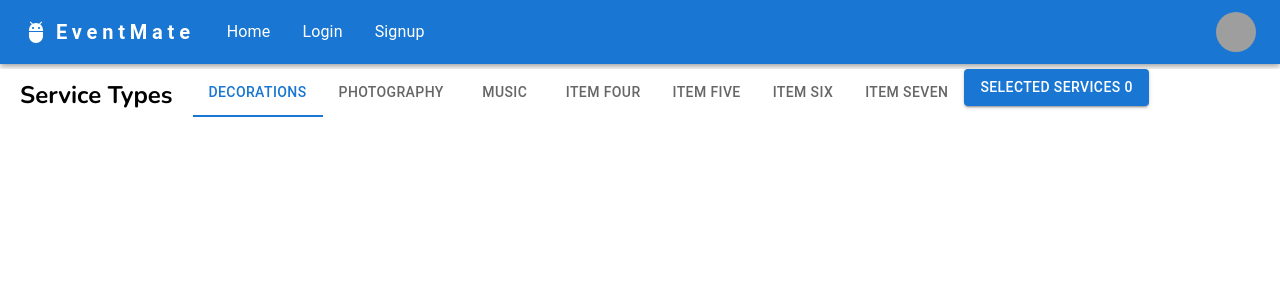
Repository: Farida-Yeasmin-Mim/EventMate_Frontend
Page: /filterpage
The author's editor kept a copy of each file at every save. The page is drawn from the files as they stood at one save, then again after the next save.
The browser window is 1280 px wide. The pictures show the whole page.
Pictures or frames that could not be fetched are drawn as grey boxes. The page's requests for data from a server got no answer. The project was rebuilt for these pictures with package versions that can differ from the ones it lists, and the page was loaded fresh each time. No one was signed in, and anything a server would have sent is missing. Also part of the build but not shown: src/components/PostRequest.js, src/pages/auth/Login.js, src/components/seletionTextField/selectGender.js, src/pages/auth/Signup.js, src/components/vendor/RegVendor.js, src/components/offer.js, src/components/productcategories.js, src/components/icontabs.js and 15 more.

Above is the page before, as saved 2022-08-16 18:01:29.

### public/index.html
<!DOCTYPE html>
<html lang="en">
  <head>
    <meta charset="utf-8" />
    <link rel="icon" href="%PUBLIC_URL%/favicon.ico" />
    <meta name="viewport" content="width=device-width, initial-scale=1" />
    <meta name="theme-color" content="#000000" />
    <meta
      name="description"
      content="Web site created using create-react-app"
    />
    <link rel="apple-touch-icon" href="%PUBLIC_URL%/logo192.png" />

    <link href="https://fonts.googleapis.com/css2?family=Nunito:ital,wght@0,200;0,300;0,400;0,500;0,600;0,700;0,800;0,900;1,200;1,300;1,400;1,500;1,600;1,700;1,900&family=Raleway:ital,wght@0,100;0,200;0,300;0,400;0,500;0,600;0,700;0,800;0,900;1,100;1,200;1,300;1,400;1,500;1,600;1,700;1,800;1,900&display=swap"
    rel="stylesheet">

    <style>
      * {
        font-family: 'Nunito', sans-serif;
        margin: 0;
      }
    </style>

    <link rel="manifest" href="%PUBLIC_URL%/manifest.json" />

    <title>EventMate</title>
  </head>
  <body>
    <noscript>You need to enable JavaScript to run this app.</noscript>
    <div id="root"></div>

  </body>
</html>

### src/index.js
import React from 'react';
import ReactDOM from 'react-dom/client';
import './index.css';
import App from './App';
import reportWebVitals from './reportWebVitals';
import axios from 'axios';
import Context from './components/context/Context';

axios.defaults.baseURL = 'http://127.0.0.1:8000/api/'
// axios.defaults.baseURL = 'https://guarded-beach-16980.herokuapp.com/api/'
axios.defaults.headers.common['Authorization'] = 'Bearer ' + localStorage.getItem('token')

const root = ReactDOM.createRoot(document.getElementById('root'));
root.render(
  <React.StrictMode>
    <Context>
      <App />
    </Context>
  {/* <App/> */}
  </React.StrictMode>

);

// If you want to start measuring performance in your app, pass a function
// to log results (for example: reportWebVitals(console.log))
// or send to an analytics endpoint. Learn more: https://bit.ly/CRA-vitals
reportWebVitals();

### src/App.js
//import logo from './logo.svg';
import './App.css';
import Login from './pages/auth/Login';
import Signup from './pages/auth/Signup';
import Registration from './components/vendor/RegVendor';
import Offer from './components/Offer';
import ProductCategories from './components/productcategories';
import IconTabs from './components/icontabs';
//import DecorationCard from './components/cards/decoration';
import Services from './components/services';
import AddDecorationsForm from './pages/services/addDecorationsForm';
//import Home from './pages/Home';
import Navbar from './components/Navbar';
import Feed from './components/feed/Feed';
import Dashboard from './components/vendor/Dashboard';
import CreateEvent from './components/event/CreateEvent';
import OrderDetails from './components/event/OrderDetails';
import AppRouter from './components/AppRouter';
import FilterPage from './components/event/filter/FilterPage';
import Notification from './components/Notification';
import SearchBar from './components/event/filter/SearchBar';




function App() {
  return (
    <div className="App">
      {/*



      <Services></Services>
      <Offer></Offer>

      <Login></Login>
      <Signup></Signup>
      <Registration></Registration>
      <AddDecorationsForm></AddDecorationsForm> */}



    {/* <DecorationCard></DecorationCard>  */}
    {/* <ProductCategories></ProductCategories> */}
    {/* <Navbar/>   */}
    {/* <Home/> */}
    {/* <Feed/> */}
    {/* <Dashboard/> */}
    {/* <CreateEvent/> */}
    {/* <OrderDetails/> */}
    {/* <Home/> */}
    {/* <SearchBar/> */}

      {/* <AppRouter /> */}
      {/* */}
      {/* <IconTabs/> */}

      <Notification/>
      <AppRouter/>
      {/* <Home/>  */}
     {/* <FilterPage/> */}

    </div>
  );
}

export default App;

### src/components/context/Context.js
import React, { createContext, useContext, useReducer  } from 'react';
import { faker } from '@faker-js/faker';
import { cartReducer } from './Reducers';
import { dataList } from '../event/filter/constants';

const Cart = createContext();

function Context({children}) {
    // const products = [...Array(20)].map(() => ({
    //     id: faker.datatype.uuid(),
    //     name: faker.commerce.productName(),
    //     price: faker.commerce.price(),
    //     image: faker.image.fashion(),
    //     inStock: faker.helpers.arrayElement([0, 3, 5, 6, 7]),
    //     fastDelivery: faker.datatype.boolean(),
    //     ratings: faker.helpers.arrayElement([1, 2, 3, 4, 5]),
    //   }));
    const products = [...dataList];

      // console.log(products);
      const [state, dispatch] = useReducer(cartReducer, {
        products: products,
        cart: [],
      });


      return (
        <Cart.Provider value={{ state, dispatch }}>
          {children}
        </Cart.Provider>
      );
};

export const CartState = () => {
  return useContext(Cart);
};

export default Context;

### src/App.css
@import url('https://fonts.googleapis.com/css2?family=Raleway:ital,wght@0,100;0,200;0,300;0,400;0,500;0,600;0,700;0,800;0,900;1,100;1,200;1,300;1,400;1,500;1,600;1,700;1,800;1,900&display=swap');


*,
*::after,
*::before{
  margin: 0;
}

body{
  font-family: 'Raleway', sans-serif;
}

input{
  font-family: 'Raleway', sans-serif;
}

/* Chrome Safari and Opera */
/* scrollbar handle */
::-webkit-scrollbar{
  display: none;
}

body{
  -ms-overflow-style: none;   /*work on internet explorer and Edge*/
  scrollbar-width: none;      /*work on Firefox*/
}


.App-logo {
  height: 40vmin;
  pointer-events: none;
}

@media (prefers-reduced-motion: no-preference) {
  .App-logo {
    animation: App-logo-spin infinite 20s linear;
  }
}

.App-header {
  background-color: #282c34;
  min-height: 100vh;
  display: flex;
  flex-direction: column;
  align-items: center;
  justify-content: center;
  font-size: calc(10px + 2vmin);
  color: white;
}

.App-link {
  color: #61dafb;
}

@keyframes App-logo-spin {
  from {
    transform: rotate(0deg);
  }
  to {
    transform: rotate(360deg);
  }
}

### src/components/Navbar.js
import * as React from 'react';
import AppBar from '@mui/material/AppBar';
import Box from '@mui/material/Box';
import Toolbar from '@mui/material/Toolbar';
import IconButton from '@mui/material/IconButton';
import Typography from '@mui/material/Typography';
import Menu from '@mui/material/Menu';
import MenuIcon from '@mui/icons-material/Menu';
import Container from '@mui/material/Container';
import Avatar from '@mui/material/Avatar';
import Button from '@mui/material/Button';
import Tooltip from '@mui/material/Tooltip';
import MenuItem from '@mui/material/MenuItem';
import AdbIcon from '@mui/icons-material/Adb';
import { Link } from "react-router-dom";


// const pages = ['Home', 'About', 'Services', 'Contact Us', 'LogIn', 'SignUp'];
const settings = ['Profile', 'Account', 'Dashboard', 'Logout'];

const Navbar = () => {
  const [anchorElNav, setAnchorElNav] = React.useState(null);
  const [anchorElUser, setAnchorElUser] = React.useState(null);

  const handleOpenNavMenu = (event) => {
    setAnchorElNav(event.currentTarget);
  };
  const handleOpenUserMenu = (event) => {
    setAnchorElUser(event.currentTarget);
  };

  const handleCloseNavMenu = () => {
    setAnchorElNav(null);
  };

  const handleCloseUserMenu = () => {
    setAnchorElUser(null);
  };

  return (
    <AppBar position="static">
      <Container maxWidth="xl">
        <Toolbar disableGutters>
          <AdbIcon sx={{ display: { xs: 'none', md: 'flex' }, mr: 1 }} />


          {/* For Left side EventMate design */}
          <Typography
            variant="h6"
            noWrap
            component="a"
            href="/"
            sx={{
              mr: 2,
              display: { xs: 'none', md: 'flex' },
              fontWeight: 700,
              letterSpacing: '.3rem',
              color: 'inherit',
              textDecoration: 'none',
            }}
          >
            EventMate
          </Typography>

          <Box sx={{ flexGrow: 1, display: { xs: 'flex', md: 'none' } }}>
            <IconButton
              size="large"
              aria-label="account of current user"
              aria-controls="menu-appbar"
              aria-haspopup="true"
              onClick={handleOpenNavMenu}
              color='inherit'
            >
              <MenuIcon />
            </IconButton>


            <Menu
              id="menu-appbar"
              anchorEl={anchorElNav}
              anchorOrigin={{
                vertical: 'bottom',
                horizontal: 'left',
              }}
              keepMounted
              transformOrigin={{
                vertical: 'top',
                horizontal: 'left',
              }}
              open={Boolean(anchorElNav)}
              onClose={handleCloseNavMenu}
              sx={{
                display: { xs: 'block', md: 'none' },
              }}
            >

              {/* pages function for left bar */}
              {/* {pages.map((page) => (
                <MenuItem key={page} onClick={handleCloseNavMenu}>
                  <Typography textAlign="center">{page}</Typography>

                </MenuItem>
              ))} */}
              {/* <MenuItem><Link to="/">Home</Link></MenuItem>
              <MenuItem><Link to="/login">Login</Link></MenuItem>
              <MenuItem><Link to="/signup">Signup</Link></MenuItem> */}

            </Menu>
          </Box>


          {/* <AdbIcon sx={{ display: { xs: 'flex', md: 'none' }, mr: 1 }} />
          <Typography
            variant="h5"
            noWrap
            component="a"
            href=""
            sx={{
              mr: 2,
              display: { xs: 'flex', md: 'none' },
              flexGrow: 1,
              fontFamily: 'monospace',
              fontWeight: 700,
              letterSpacing: '.3rem',
              color: 'white',
              textDecoration: 'none',
            }}
          >
            EventMate
          </Typography> */}




           {/* left side pages button design */}
          {/* <Box sx={{ flexGrow: 1, display: { xs: 'none', md: 'flex' } }}>
            {pages.map((page) => (
              <Button
                key={page}
                onClick={handleCloseNavMenu}
                sx={{ my: 2, color: 'white', display: 'block' }}
              >
                {page}
              </Button>
            ))}
          </Box> */}
          {/* <Box sx={{ flexGrow: 1, display: { xs: 'none', md: 'flex' } }}>
              <Button
                key={page}
                onClick={handleCloseNavMenu}
                sx={{ my: 2, color: 'white', display: 'block' }}
              >


              </Button>
          </Box> */}

          <Box sx={{ flexGrow: 1, display: { xs: 'none', md: 'flex' } }}>
              <Link to="/" style={{ textDecoration: 'none', color: 'white', display: 'block', my: 2 }} ><MenuItem> Home</MenuItem></Link>
              <Link to="/login" style={{ textDecoration: 'none', color: 'white', display: 'block', my: 2 }}><MenuItem>Login</MenuItem></Link>
              <Link to="/signup" style={{ textDecoration: 'none', color: 'white', display: 'block', my: 2 }}><MenuItem>Signup</MenuItem></Link>
          </Box>



           {/* right side iconbar design*/}
          <Box sx={{ flexGrow: 0 }}>
            <Tooltip title="Open settings">
              <IconButton onClick={handleOpenUserMenu} sx={{ p: 0 }}>
                <Avatar alt="Remy Sharp" src="https://avatars.githubusercontent.com/u/76836136?s=400&u=6b029a033204aea30687591bedb424dcbfbea46a&v=4" />
              </IconButton>
            </Tooltip>


            <Menu
              sx={{ mt: '45px' }}
              id="menu-appbar"
              anchorEl={anchorElUser}
              anchorOrigin={{
                vertical: 'top',
                horizontal: 'right',
              }}
              keepMounted
              transformOrigin={{
                vertical: 'top',
                horizontal: 'right',
              }}
              open={Boolean(anchorElUser)}
              onClose={handleCloseUserMenu}
            >

              {/* settings function for right iconbar */}
              {/* {settings.map((setting) => (
                <MenuItem key={setting} onClick={handleCloseUserMenu}>
                  <Typography textAlign="center">{setting}</Typography>
                </MenuItem>
              ))} */}
              <Link to="/logout" style={{ textDecoration: 'none', color: 'gray', display: 'block', my: 2 }}><MenuItem><Typography textAlign="center">Logout</Typography></MenuItem></Link>

            </Menu>
          </Box>


        </Toolbar>
      </Container>
    </AppBar>
  );
};
export default Navbar;

### src/components/AppRouter.js
import React from 'react';
import { BrowserRouter as Router, Routes, Route } from "react-router-dom";
import Login from '../pages/auth/Login';
import Logout from '../pages/auth/Logout';
import Signup from '../pages/auth/Signup';
import Home from '../pages/Home';
import CreateEvent from './event/CreateEvent';
import OrderDetails from './event/OrderDetails';
import SelectServices from './event/SelectServices';
import Feed from './feed/Feed';
import Navbar from './Navbar';
import Dashboard from './vendor/Dashboard';
import Vendor_reg from './vendor/RegVendor';
import Offer from './Offer';
import ProductCategories from './productcategories';
import AddDecorationsForm from '../pages/services/addDecorationsForm';
import FilterPage from './event/filter/FilterPage';



function AppRouter(props) {
    return (
        <Router>

            <Navbar />
            <Routes>
                <Route path="/" exact element={<Home/>} />
                <Route path="/login" element={<Login/>} />
                <Route path="/logout" element={<Logout/>} />
                <Route path="/signup" element={<Signup/>} />
                <Route path="/feed" element={<Feed/>} />
                <Route path="/vendor_reg" element={<Vendor_reg/>} />
                <Route path="/vendor_dashboard" element={<Dashboard/>} />
                <Route path="/event_create" element={<CreateEvent/>} />
                <Route path="/productcategories" element={<ProductCategories/>} />
                <Route path="/select_services" element={<SelectServices/>} />
                <Route path="/Order_details" element={<OrderDetails/>} />
                <Route path="/Offer" element={<Offer/>} />
                <Route path="/addDecorationsForm" element={<AddDecorationsForm/>} />
                <Route path="/filterpage" element={<FilterPage/>} />

                {/* path="file name" element="file function" */}


            </Routes>

      </Router>
    );
}

export default AppRouter;

### src/components/event/filter/FilterPage.js
// import * as React from 'react';
// import Box from '@mui/material/Box';
// import Tab from '@mui/material/Tab';
// import TabContext from '@mui/lab/TabContext';
// import TabList from '@mui/lab/TabList';
// import TabPanel from '@mui/lab/TabPanel';

// export default function LabTabs() {
//     const [value, setValue] = React.useState('1');

//     const handleChange = (event, newValue) => {
//         setValue(newValue);
//     };

//     return (
//         <Box sx={{ width: '100%', typography: 'body1' }}>
//             <TabContext value={value}>
//                 <Box sx={{ borderBottom: 1, borderColor: 'divider' }}>
//                     <TabList onChange={handleChange} aria-label="lab API tabs example">
//                         <Tab label="Item One" value="1" />
//                         <Tab label="Item Two" value="2" />
//                         <Tab label="Item Three" value="3" />
//                     </TabList>
//                 </Box>
//                 <TabPanel value="1">Item One</TabPanel>
//                 <TabPanel value="2">Item Two</TabPanel>
//                 <TabPanel value="3">Item Three</TabPanel>
//             </TabContext>
//         </Box>
//     );
// }
import * as React from 'react';
import Tabs from '@mui/material/Tabs';
import Tab from '@mui/material/Tab';
import Box from '@mui/material/Box';
import { Grid } from '@mui/material';
import CartSide from './CartSide';

export default function ScrollableTabsButtonAuto() {
    const [value, setValue] = React.useState(0);

    const handleChange = (event, newValue) => {
        setValue(newValue);
    };

    return (
        <Grid container style={{ background: '#fff', margin: '5px 0' }}>
            <Grid item spacing={2}>
                <h2 style={{ color: "#000", textAlign: "center", padding: "10px 20px", background: '#fff' }}>Service Types</h2>

            </Grid>
            <Grid item spacing={8}>

                <Box sx={{ maxWidth: { xs: 320, sm: 780 }, bgcolor: 'background.paper' }}>
                    <Tabs
                        value={value}
                        onChange={handleChange}
                        variant="scrollable"
                        scrollButtons="auto"
                        aria-label="scrollable auto tabs example"
                    >
                        <Tab label="Decorations" />
                        <Tab label="Photography" />
                        <Tab label="Music" />
                        <Tab label="Item Four" />
                        <Tab label="Item Five" />
                        <Tab label="Item Six" />
                        <Tab label="Item Seven" />
                    </Tabs>
                </Box>
            </Grid>
            <Grid item spacing={2}>
                <CartSide />
            </Grid>

        </Grid>

    );
}

### src/components/Notification.js
import React from 'react';
import Pusher from "pusher-js"
import Echo from 'laravel-echo';

function Notification(props) {

    const options = {
        broadcaster: 'pusher',
        // key: config.pusher.key,
        key: "5b9c0add29710ce63a0d",
        cluster: "ap2",
        forceTLS: "false",
        //authEndpoint is your apiUrl + /broadcasting/auth
        authEndpoint: "http://127.0.0.1:8000/broadcasting/auth",
        // As I'm using JWT tokens, I need to manually set up the headers.
        auth: {
          headers: {
            Authorization: 'Bearer ' + localStorage.getItem('token'),
            Accept: 'application/json',
          },
        },
      };
    const userId = 2;
    const echo = new Echo(options);
    echo.private(`App.User.${userId}`).notification((data) => {
        console.log(data.comment.body);
        window.alert(data.comment.body);
    });
    return (
        <div>

        </div>
    );
}

export default Notification;

### src/components/context/Reducers.js
export const cartReducer = (state, action) => {

    switch (action.type) {
      case "ADD_TO_CART":
        return { ...state, cart: [...state.cart, { ...action.payload, qty: 1 }] };
      case "REMOVE_FROM_CART":
        return {
          ...state,
          cart: state.cart.filter((c) => c.id !== action.payload.id),
        };
      // case "CHANGE_CART_QTY":
      //   return {
      //     ...state,
      //     cart: state.cart.filter((c) =>
      //       c.id === action.payload.id ? (c.qty = action.payload.qty) : c.qty
      //     ),
      //   };
      default:
        return state;
    }
  };

### src/components/event/filter/constants.js
import nacho from "./images/dishes/nacho-burger.jpg";


// For Category List
export const categoryList = [
    {
      id: 1,
      value: 'decoration',
      label: '💫 Decoration',
    },

    {
      id: 2,
      value: 'catering',
      label: '🍕 Catering',
    },
  ];

  // For Rating List
  export const ratingList = [
    {
      id: 1,
      value: '1',
      label: '1🌟',
    },
    {
      id: 2,
      value: '2',
      label: '2🌟',
    },
    {
      id: 3,
      value: '3',
      label: '3🌟',
    },
    {
      id: 4,
      value: '4',
      label: '4🌟',
    },
    {
      id: 5,
      value: '5',
      label: '5🌟',
    },
  ];


  // For side List
  export const dataList = [

    /*For Decoration*/
    {
      id: 1,
      title: 'Wedding Decoration 1',
      serviceTime: '7 days',
      deliveryFee: 3.44,
      category: 'decoration',
      decoration: 'Wedding',
      rating: 5,
      price: 2500,
      coverSrc: nacho,
    },
    {
      id: 2,
      title: 'Birthday Decoration 1',
      serviceTime: '15-20min',
      deliveryFee: 4.94,
      category: 'decoration',
      decoration: 'Birthday',
      rating: 4,
      price: 1000,
      coverSrc: 'https://m.media-amazon.com/images/I/81nU6clDgEL.jpg',
    },
    {
      id: 3,
      title: 'chow',
      serviceTime: '30-22min',
      deliveryFee: 4.94,
      category: 'decoration',
      decoration: 'Proposal',
      rating: 3,
      price: 2000,
      coverSrc: 'https://img.freepik.com/free-vector/night-ocean-landscape-full-moon-stars-shine_107791-7397.jpg?w=2000',
    },
    {
      id: 4,
      title: 'wharf seafood',
      serviceTime: '10-18min',
      deliveryFee: 2.14,
      category: 'decoration',
      decoration: 'Wedding',
      rating: 1,
      price: 1800,
      coverSrc: '/images/places/sea.jpg',
    },
    {
      id: 5,
      title: 'Tossin',
      serviceTime: '25-30min',
      deliveryFee: 6.79,
      category: 'decoration',
      decoration: 'Proposal',
      rating: 5,
      price: 2000,
      coverSrc: '/images/places/italiian.jpg',
    },
    {
      id: 6,
      title: 'stories noodles',
      serviceTime: '5-15min',
      deliveryFee: 2.87,
      category: 'decoration',
      decoration: 'Birthday',
      rating: 5,
      price: 3500,
      coverSrc: '/images/places/fookyew2.jpg',
    },

    /*For Catering*/
    {
      id: 7,
      title: 'Nacho cheeseburger',
      serviceTime: '50-65min',
      deliveryFee: 8.5,
      category: 'catering',
      decoration: 'american',
      rating: 2,
      price: 2200,
      coverSrc: '../filter/images/dishes/nacho-burger.jpg',
      // /images/dishes/nacho-burger.jpg
    },
    {
      id: 8,
      title: 'Mushroom Risotto',
      serviceTime: '10-15min',
      deliveryFee: 1.8,
      category: 'catering',
      decoration: 'italian',
      rating: 1,
      price: 1900,
      coverSrc: '/images/dishes/Mushroom-Risotto-Recipe-1-1200.jpg',
    },
    {
      id: 9,
      title: 'Shitake Fried Rice',
      serviceTime: '12-18min',
      deliveryFee: 3.33,
      category: 'catering',
      decoration: 'chinese',
      rating: 4,
      price: 2750,
      coverSrc: '/images/dishes/shiitake-salmon-fried-rice-0218-103230720.jpg',
    },
    {
      id: 10,
      title: 'Pesto chicken stew',
      serviceTime: '30-38min',
      deliveryFee: 1.9,
      category: 'catering',
      decoration: 'american',
      rating: 2,
      price: 4350,
      coverSrc: '/images/dishes/pesto-chicken.jpg',
    },
    {
      id: 11,
      title: 'Bruschetta',
      serviceTime: '16-20min',
      deliveryFee: 4.1,
      category: 'catering',
      decoration: 'italian',
      rating: 3,
      price: 3300,
      coverSrc: '/images/dishes/as-tomato-bruschetta-articleLarge.jpg',
    },
    {
      id: 12,
      title: 'Dim Sums',
      serviceTime: '24-30min',
      deliveryFee: 1.5,
      category: 'catering',
      decoration: 'chinese',
      rating: 2,
      price: 4100,
      coverSrc: '/images/dishes/dimsums.jpg',
    },
  ];

### src/components/event/filter/CartSide.js
import * as React from 'react';
import Box from '@mui/material/Box';
import Drawer from '@mui/material/Drawer';
import Button from '@mui/material/Button';
import List from '@mui/material/List';
import Divider from '@mui/material/Divider';
import ListItem from '@mui/material/ListItem';
import ListItemButton from '@mui/material/ListItemButton';
import ListItemIcon from '@mui/material/ListItemIcon';
import ListItemText from '@mui/material/ListItemText';
import InboxIcon from '@mui/icons-material/MoveToInbox';
import MailIcon from '@mui/icons-material/Mail';
import { CartState } from '../../context/Context';

export default function TemporaryDrawer() {
  const [state, setState] = React.useState({
    top: false,
    left: false,
    bottom: false,
    right: false,
  });
  const {state: {products, cart}} = CartState();


  const toggleDrawer = (anchor, open) => (event) => {
    if (event.type === 'keydown' && (event.key === 'Tab' || event.key === 'Shift')) {
      return;
    }

    setState({ ...state, [anchor]: open });
  };

  const list = (anchor) => (
    <Box
      sx={{ width: anchor === 'top' || anchor === 'bottom' ? 'auto' : 250 }}
      role="presentation"
      onClick={toggleDrawer(anchor, false)}
      onKeyDown={toggleDrawer(anchor, false)}
    >
      <List>
        {cart.map((product, index) => (
          <ListItem key={product.id} disablePadding>
            <ListItemButton>

              <ListItemText primary={product.title} />
            </ListItemButton>
          </ListItem>
        ))}
        {/* {['Inbox', 'Starred', 'Send email', 'Drafts'].map((text, index) => (
          <ListItem key={text} disablePadding>
            <ListItemButton>
              <ListItemIcon>
                {index % 2 === 0 ? <InboxIcon /> : <MailIcon />}
              </ListItemIcon>
              <ListItemText primary={text} />
            </ListItemButton>
          </ListItem>
        ))} */}
      </List>
      <Divider />
      <List>
        {['All mail', 'Trash', 'Spam'].map((text, index) => (
          <ListItem key={text} disablePadding>
            <ListItemButton>
              <ListItemIcon>
                {index % 2 === 0 ? <InboxIcon /> : <MailIcon />}
              </ListItemIcon>
              <ListItemText primary={text} />
            </ListItemButton>
          </ListItem>
        ))}
      </List>
    </Box>
  );

  return (
    <div>
      {['right'].map((anchor) => (
        <React.Fragment key={anchor}>
          {/* <Button onClick={toggleDrawer(anchor, true)}>{anchor} {cart.length}</Button> */}
          <Button
            variant='contained'
            color='primary'
            onClick={toggleDrawer(anchor, true)}>Selected Services {cart.length}</Button>
          <Drawer
            anchor={anchor}
            open={state[anchor]}
            onClose={toggleDrawer(anchor, false)}
          >
            {list(anchor)}
          </Drawer>
        </React.Fragment>
      ))}
    </div>
  );
}

Loaded but not shown: src/index.css (common file); src/reportWebVitals.js (common file)

After the next save:
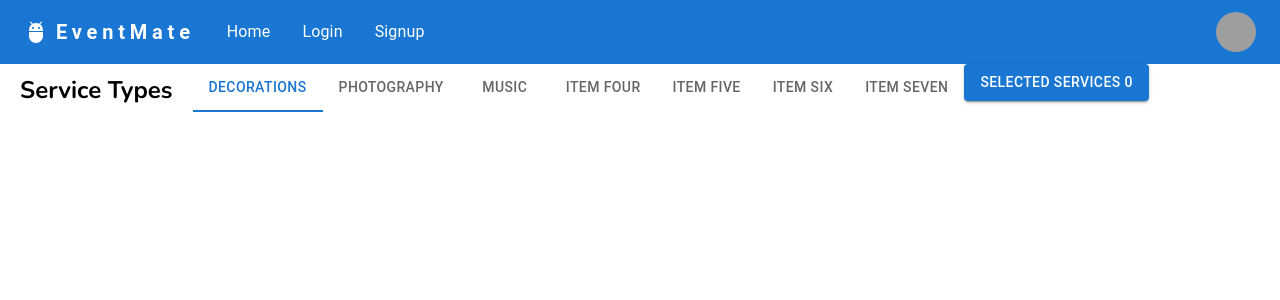
Saved 19 s later.
--- a/src/components/event/filter/FilterPage.js
+++ b/src/components/event/filter/FilterPage.js
@@ -44,7 +44,7 @@ export default function ScrollableTabsButtonAuto() {
     };
 
     return (
-        <Grid container style={{ background: '#fff', margin: '5px 0' }}>
+        <Grid container style={{ background: '#fff', margin: '0 0' }}>
             <Grid item spacing={2}>
                 <h2 style={{ color: "#000", textAlign: "center", padding: "10px 20px", background: '#fff' }}>Service Types</h2>
 
